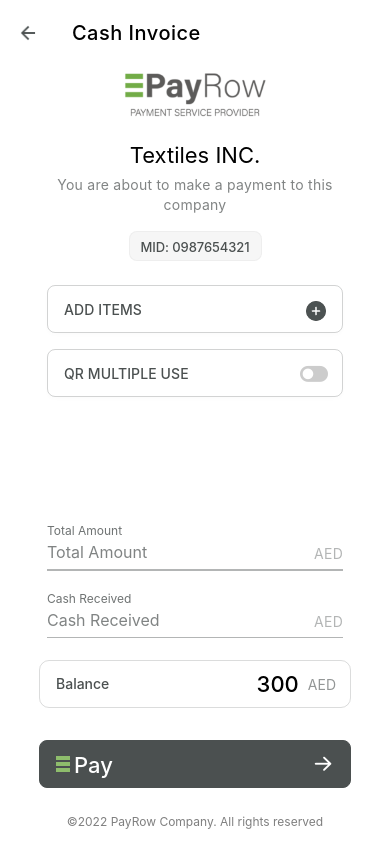
Repository: rishabh-critical-river/payrowios
Screen: /cashPay
These files come from the project's save history. The screen is drawn as it stood at one moment and after the next save; the edit follows.
The app was drawn by React Native's web renderer in a window 390 px wide. The project was rebuilt for these pictures with package versions that can differ from the ones it lists, and the page was loaded fresh each time. Also part of the build but not shown: screens/onboarding/CreateAccount.js, screens/home/HomeScreen.tsx, screens/home/HomeComponents/TapToPay.tsx, screens/home/HomeComponents/PaymentSummary.js, screens/home/HomeComponents/AddItem.js, screens/home/HomeComponents/TapCard.tsx, screens/home/HomeComponents/EnterPin.tsx, screens/home/HomeComponents/Confirmation.tsx and 37 more.

Above is the screen before, as saved 2023-07-27 16:36:39.

After the next save:
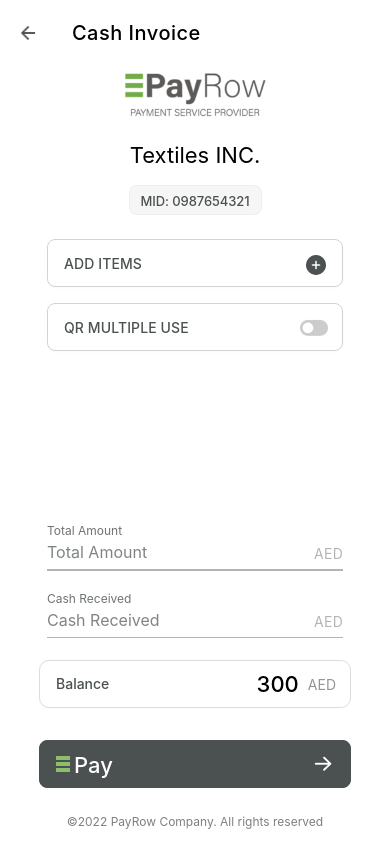
Saved 14 s later.
--- a/screens/home/HomeComponents/CashPay.tsx
+++ b/screens/home/HomeComponents/CashPay.tsx
@@ -82,7 +82,7 @@
           >
             Textiles INC.
           </Text>
-          <Text
+          {/* <Text
             style={{
               fontSize: 14,
               fontWeight: "400",
@@ -107,7 +107,7 @@
             }}
           >
             company
-          </Text>
+          </Text> */}
           <View
             style={{
               borderWidth: 1,
